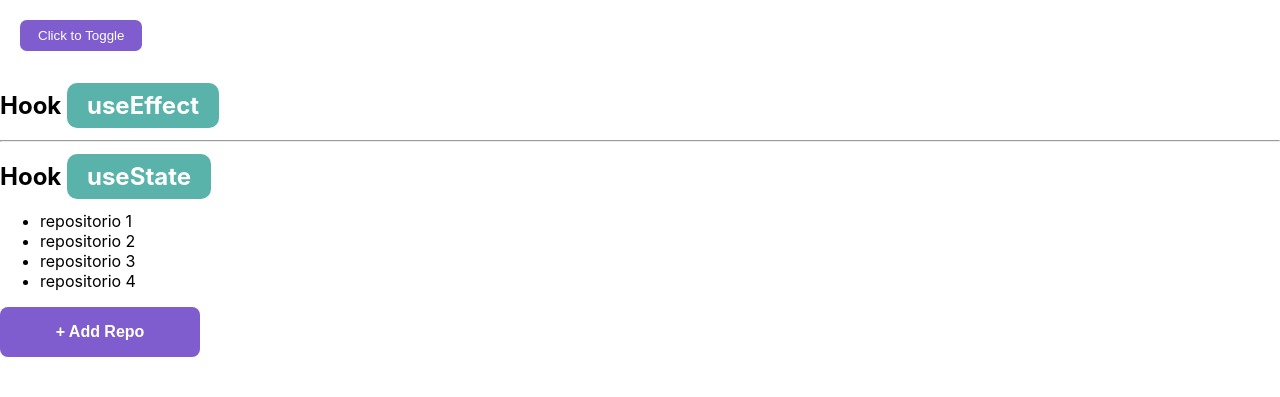
Repository: thiagolucio/react-hooks-use
Page: /
An editor plug-in stored every save of this project. The page is shown before and after a run of saves, followed by the edit.
The browser window is 1280 px wide. The pictures show the whole page.
The page's requests for data from a server got no answer. The project was rebuilt for these pictures with package versions that can differ from the ones it lists, and the page was loaded fresh each time. No one was signed in, and anything a server would have sent is missing.

Above is the page before, as saved 2022-03-09 16:12:55.

After the next 2 saves:
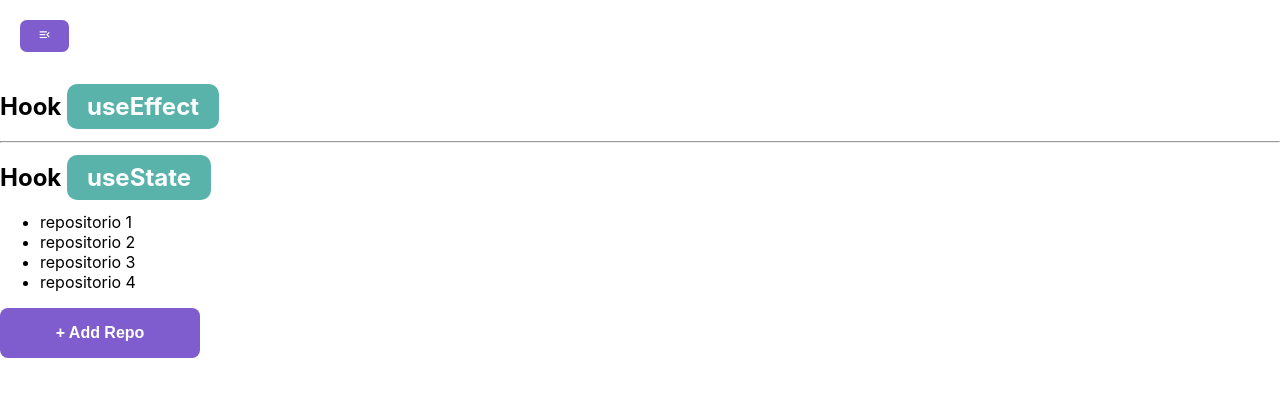
The 2 saves are shown as one change because they came seconds apart.
The last was saved 40 s later.
--- a/src/Components/Toggle.js
+++ b/src/Components/Toggle.js
@@ -5,7 +5,7 @@ function Toggle() {
     const [isToggleChanged, setIsToggleChanged] = useToggle();
 
     return (
-        <button className="button-toggle" onClick={setIsToggleChanged}>{isToggleChanged ? <MdMenuOpen/> : 'Click to Toggle'}</button>
+        <button className="button-toggle" onClick={setIsToggleChanged}>{isToggleChanged ? <MdMenuClosed/> : <MdMenuOpen/>}</button>
     );
 }
 const useToggle = (initialState = false) => {
